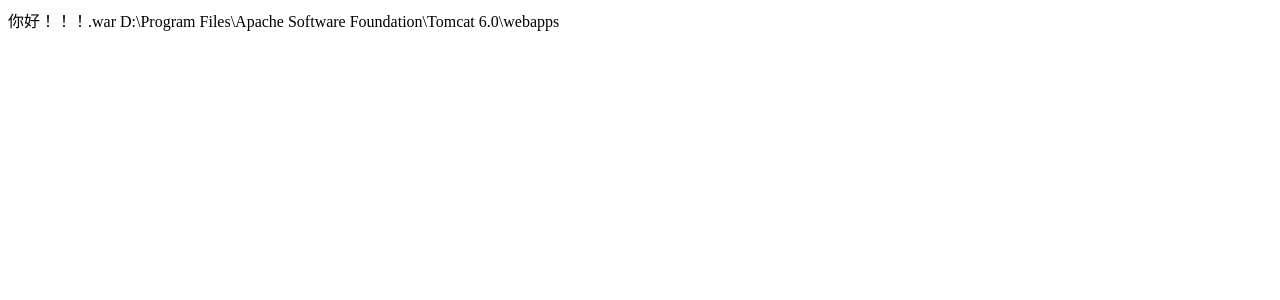
Repository: 1040003585/JavaWebTextbook
Page: 01第1章_JavaWeb应用开发技术概述/helloapp2/WebContent/hello.html
An editor plug-in stored every save of this project. The page is shown before and after the next save, followed by the edit.
The browser window is 1280 px wide. The pictures show the whole page.

Above is the page before, as saved 2016-03-07 03:59:52.

After the next save:
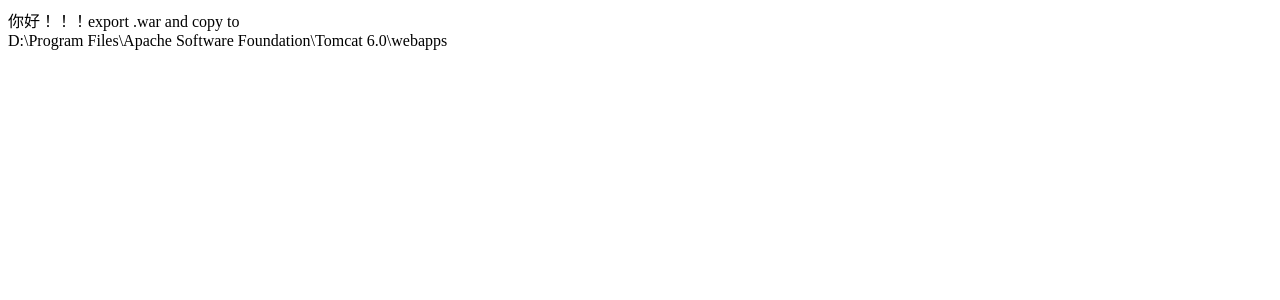
Saved 37 s later.
--- a/01第1章_JavaWeb应用开发技术概述/helloapp2/WebContent/hello.html
+++ b/01第1章_JavaWeb应用开发技术概述/helloapp2/WebContent/hello.html
@@ -5,7 +5,7 @@
 <title>Insert title here</title>
 </head>
 <body>
-你好！！！.war
+你好！！！export .war and copy to <br>
 D:\Program Files\Apache Software Foundation\Tomcat 6.0\webapps
 </body>
 </html>
